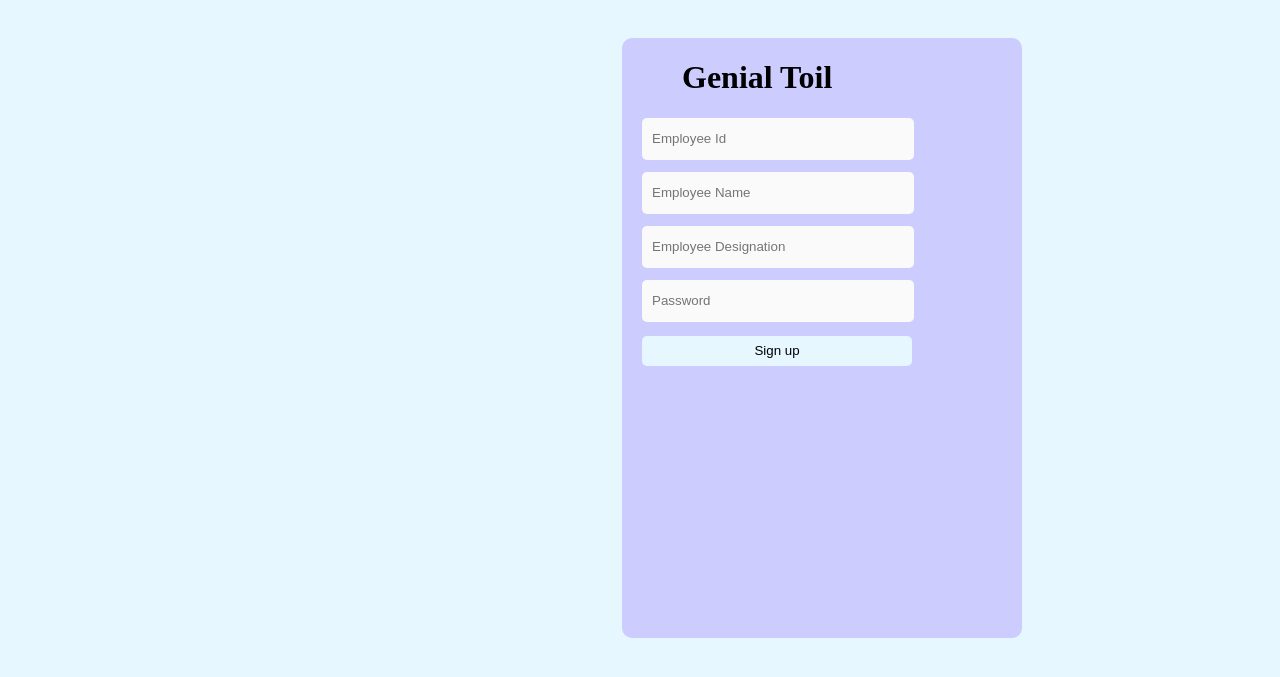
Repository: robin9533/Basic-Programs-App.
Page: GW-Genial Work Proj/GT_GenialToil/WebContent/EmployeeSignup.html
The author's editor kept a copy of each file at every save. The page is drawn from the files as they stood at one save, then again after the next save.
The browser window is 1280 px wide. The pictures show the whole page.

Above is the page before, as saved 2019-05-10 10:05:32.

### GW-Genial Work Proj/GT_GenialToil/WebContent/EmployeeSignup.html
<!DOCTYPE html>
<html>
<head>
<meta charset="ISO-8859-1">
<title>Employee Registration Form</title>
<link rel="Stylesheet" type="text/css" href="EmployeeSignup.css">
</head>
<body>

	<div class="registrationblock">
		<h1>
			Genial Toil
			</h1>
				<Form action="EmployeeSignupServlet">

					<input type="text" name="empId" placeholder="Employee Id">
					<input type="text" name="empName" placeholder="Employee Name">
					<input type="text" name="empDes" placeholder="Employee Designation">
					<input type="password" name="empPass" placeholder="Password">
					<button type="button">Sign up</button>

				</Form>
	</div>

</body>
</html>

### GW-Genial Work Proj/GT_GenialToil/WebContent/EmployeeSignup.css
@charset "ISO-8859-1";

body{
	background-color: #e6f7ff;
}
.registrationblock {
	height:600px;
	width: 400px;
	float:right;
	margin-top: 30px;
	margin-right: 250px;
	border-radius:10px;
	border:0px solid black;
	background-color: #ccccff;

}
.registrationblock input{
	width: 260px;
	height:40px;
	margin-bottom:12px;
	margin-left:20px;
	background: #fafafa;
	border: none;
	border:0px solid gray;
	border-radius: 5px;
	padding-left: 10px;
}
.registrationblock button{
	width:270px;
	height:30px;
	margin-left:20px;
	margin-top:2px;
	text-align: center;
	cursor: pointer;
	background:#e6f7ff;
	border-radius:5px;
	border: 0px solid #3897F0;
	}
.registrationblock h1{
	margin-left: 60px;
	cursor: default;
	}

After the next save:
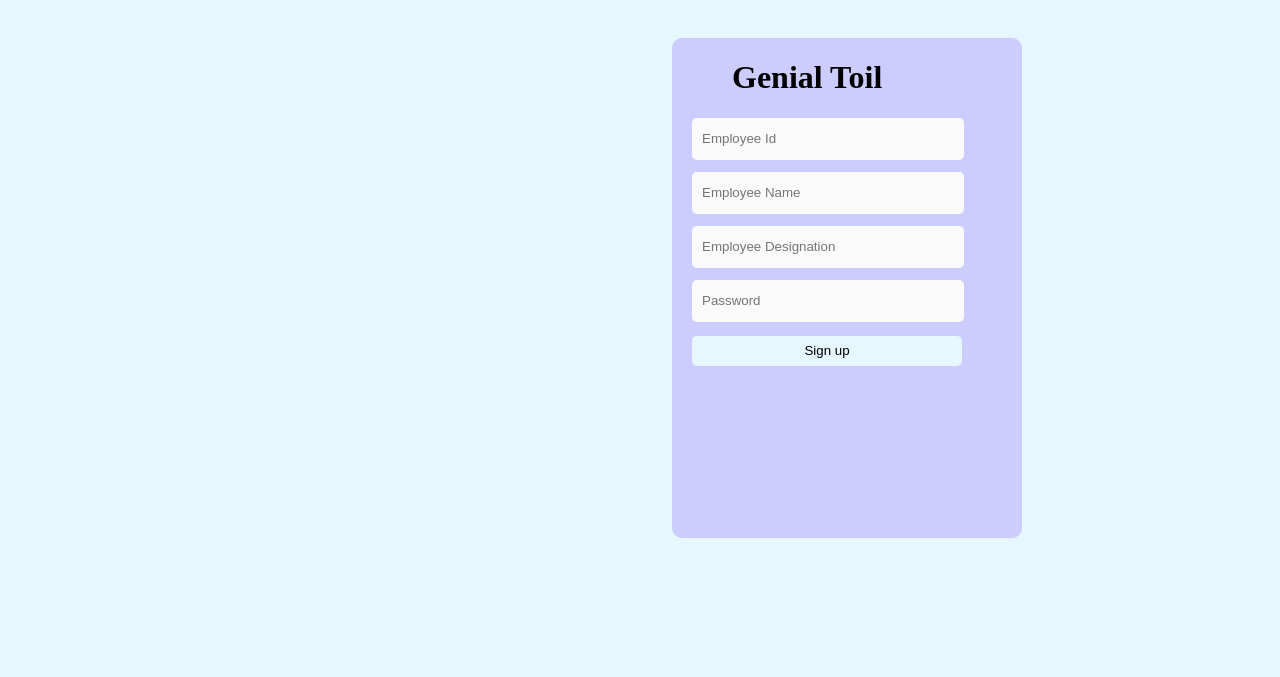
Saved 18 s later.
--- a/GW-Genial Work Proj/GT_GenialToil/WebContent/EmployeeSignup.css
+++ b/GW-Genial Work Proj/GT_GenialToil/WebContent/EmployeeSignup.css
@@ -4,8 +4,8 @@ body{
 	background-color: #e6f7ff;
 }
 .registrationblock {
-	height:600px;
-	width: 400px;
+	height:500px;
+	width: 350px;
 	float:right;
 	margin-top: 30px;
 	margin-right: 250px;
